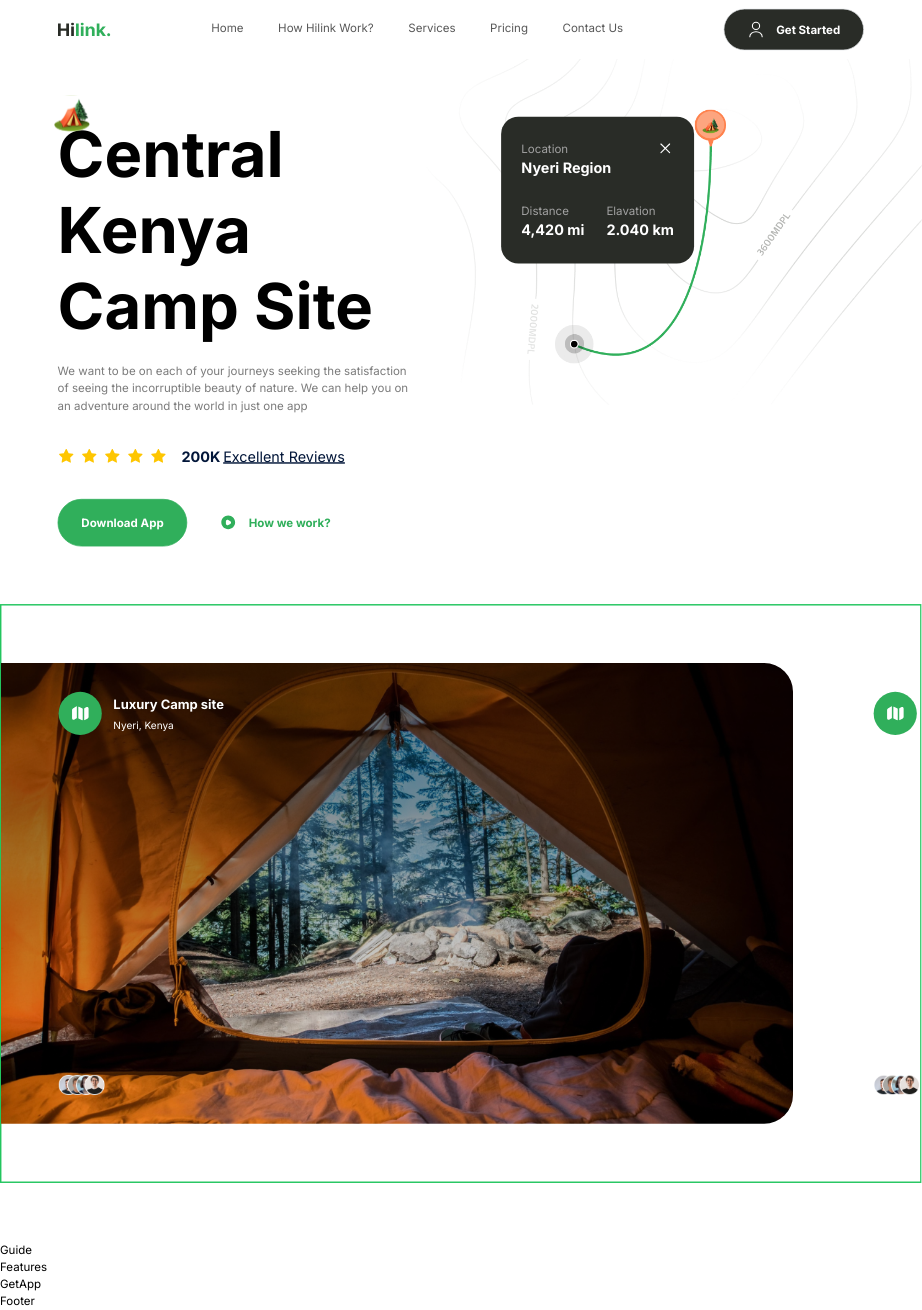
Repository: martin-raphael/travel_agency
Page: /
An editor plug-in stored every save of this project. The page is shown before and after the next save, followed by the edit.
The browser window is 1280 px wide. The pictures show the whole page, at 72% of full size.
The project was rebuilt for these pictures with package versions that can differ from the ones it lists, and the page was loaded fresh each time. The framework's server and built-in components were replaced by stand-ins that run in the browser. Also part of the build but not shown: next.config.mjs.

Above is the page before, as saved 2024-08-08 19:45:14.

After the next save:
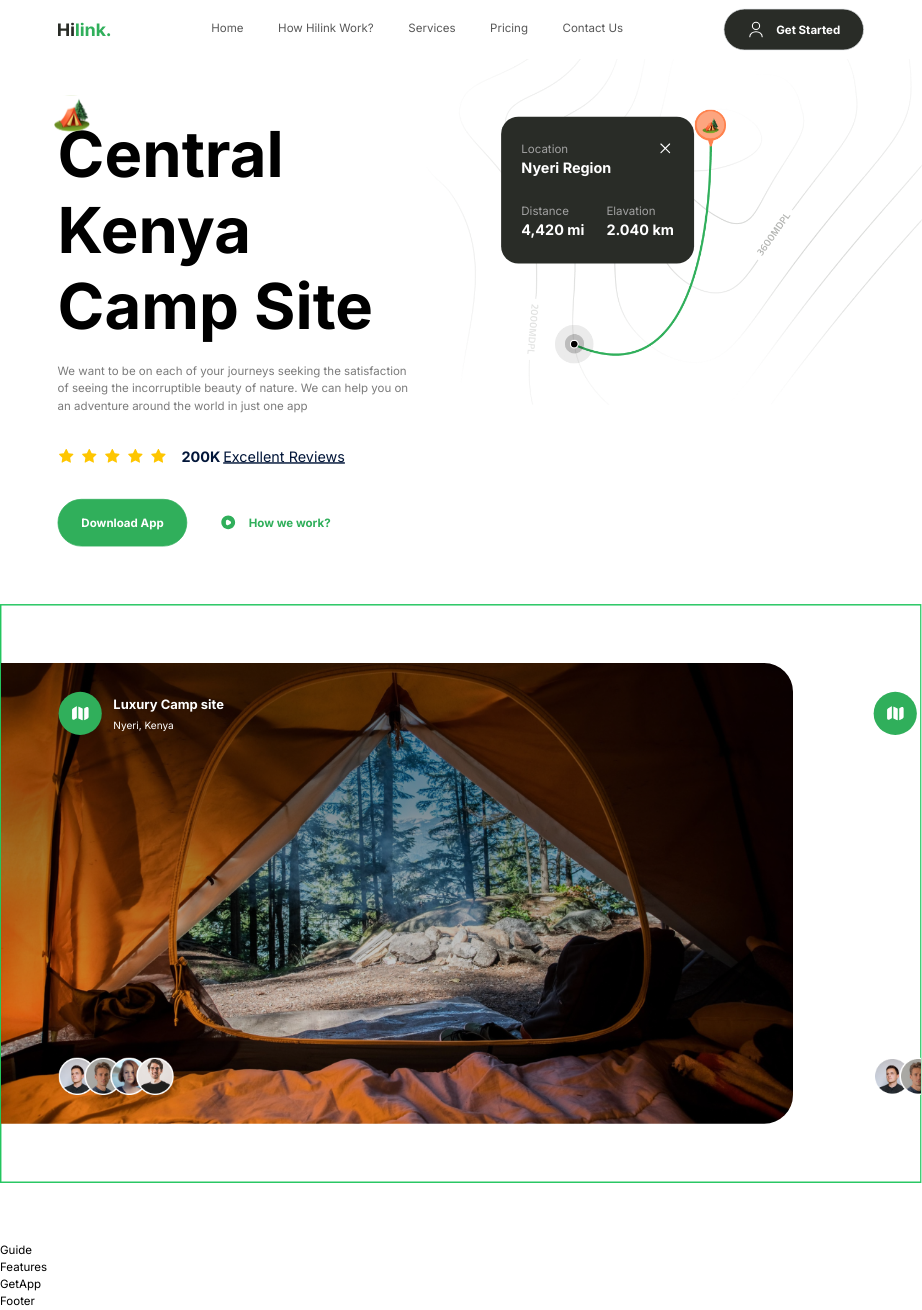
Saved 76 s later.
--- a/components/Camp.tsx
+++ b/components/Camp.tsx
@@ -27,7 +27,7 @@ const CampSite = ({backgroundImage, title,subtitle,peopleJoined}: CampProps) =>{
       <div className='flexCenter gap-6 '>
         <span className='flex -space-x-4 overflow-hidden'>
           {PEOPLE_URL.map((url)=>(
-            <Image src={url} key={url} alt='people' width={28} height={28}/>
+            <Image src={url} key={url} alt='people' width={52} height={52}/>
           ))}
         </span>
       </div>
